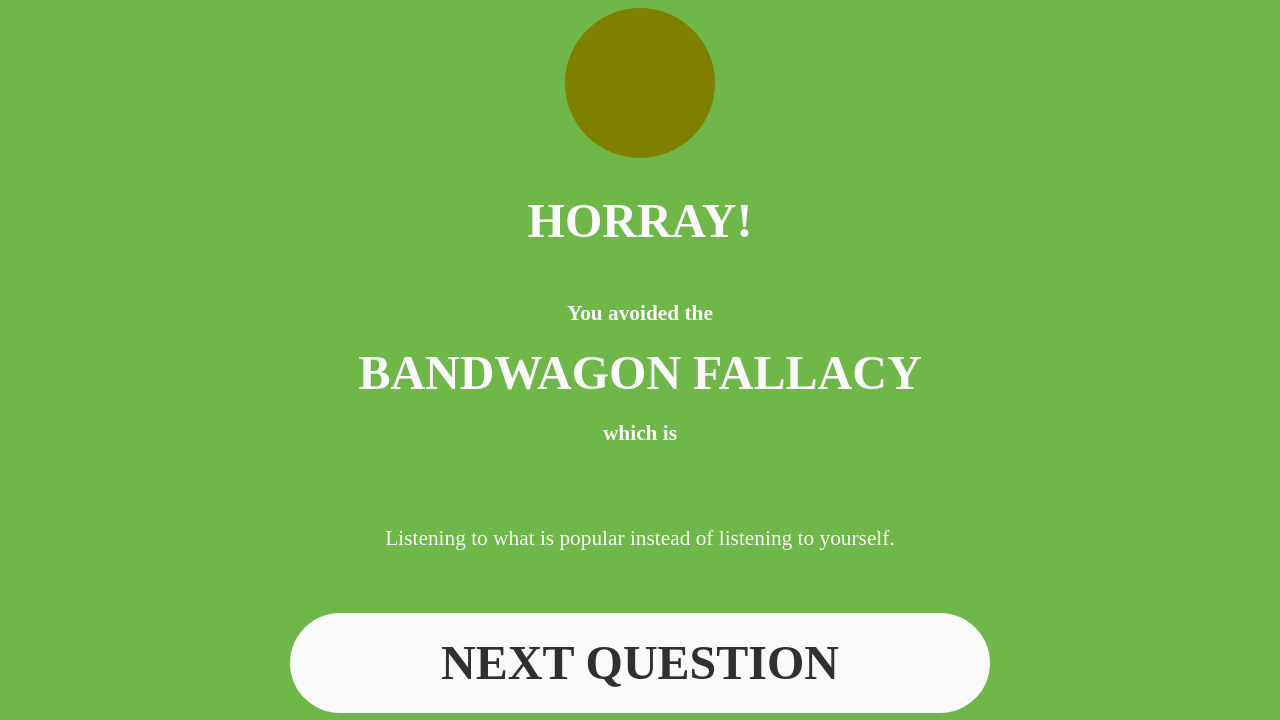
Repository: cindyvunguyen/fallacy
Page: index.html
The author's editor kept a copy of each file at every save. The page is drawn from the files as they stood at one save, then again after the next save.
The browser window is 1280 px wide. The pictures show the whole page.
After loading, the first visible `button.white-button` was clicked once.
Some web fonts or font styles are not loaded; a fallback is used.

Above is the page before, as saved 2020-03-13 14:23:30.
Console error: ReferenceError: switchPage is not defined

### index.html
<!DOCTYPE html>
<html lang="en">
<head>
    <meta charset="UTF-8">
    <meta name="viewport" content="width=device-width, initial-scale=1.0">
    <title>FALLACIES</title>
    <link href="style.css" rel="stylesheet" type="text/css">
</head>
<body>
    <div id="app">

        <!-- CINDY START -->

        <div id="home-page"></div>

        <div id="lets-start-page"></div>

        <div id="question-page"></div>

        <!-- CINDY END -->

        <!-- SOPHIA START -->

        <!-- when making it one page -->

        <div id="correct-incorrect-page">
            <div id="icon"></div>
            <div id="cip-text1">HORRAY!</div> <!-- incorrect, change to "oh no!" -->
            <div id="cip-a-outcome">
                <div id="cip-text2">You avoided the</div> <!-- icorrect, change to "you committed the"-->
                <div id="cip-fallacy">BANDWAGON FALLACY</div>
                <div id="cip-text2">which is</div>
            </div>
            <div id="cip-definition">Listening to what is popular instead of listening to yourself.</div>
            <button class="white-button" onclick="switchPage()">NEXT QUESTION</button>
        </div>

        <!-- the two above pages technically have the same HTML. so you can only have 1 div and change the CSS through JS. it's entirely up to you. -->

        <div id="results-page">
            <div id="rp-text">
                <div id="rp-message">YOU GOT...</div> <!-- game over, change to "game over" -->
                <div id="rp-results"># out of 10 scenarios</div>  <!-- game over, change to "you commited too many fallacies" -->
                <div id="rp-message">AMAZING JOB!</div> <!-- game over, message disappears -->
            </div>
            <button class="grey-button">VIEW FALLACIES</button>
        </div>

        <div id="game-over-page">
            <div id="gop-text">
                <div id="gop-message">GAME OVER</div>
                <div id="gop-results">you committed too many fallacies</div>
            </div>
            <button class="grey-button">VIEW FALLACIES</button>
        </div>

        <!-- the two above pages technically have the same HTML, so you can only have 1 div and change the CSS through JS. it's entirely up to you. -->

        <!-- SOPHIA END -->

        <!-- CHLOE START -->

        <div id="review-page"></div>

        <div id="review2-page"></div>

        <div id="fallacy-review-page"></div>

        <div id="three-fallacies-page"></div>
        <!-- change the page's content with JS to show all three fallacies when clicked -->

        <!-- CHLOE END -->
        <script src="js.js"></script>
    </div>
</body>
</html>

### style.css
body {
    margin: 0;
}

#app {
    width: 100vw;
    height: 100vh;
    font-family: Visby;
    background-color: #468091;
    color: #FAFAFA;
}

@font-face {
    font-family: Visby;
    src: url(fonts/VisbyRoundCF-Regular.otf) format("woff");
}

@font-face {
    font-family: Visby;
    src: url(fonts/VisbyRoundCF-ExtraBold.otf) format("woff");
    font-weight: bold;
}

.pink-button {
    height: 100px;
    width: 700px;
    background-color: #ed2265;
    border: 0px;
    border-radius: 75px;
    font-family: Visby;
    font-weight: bold;
    font-size: 36pt;
    color: #FAFAFA;
    outline: 0;
}

.pink-button:active {
    background-color: #9c1542;
}

.white-button {
    height: 100px;
    width: 700px;
    background-color: #FAFAFA;
    border: 0px;
    border-radius: 75px;
    font-family: Visby;
    font-weight: bold;
    font-size: 36pt;
    color: #303030;
    outline: 0;
}

.white-button:active {
    background-color: #9e9e9e;
}

.grey-button {
    height: 100px;
    width: 700px;
    background-color: #303030;
    border: 0px;
    border-radius: 75px;
    font-family: Visby;
    font-weight: bold;
    font-size: 36pt;
    color: #FAFAFA;
    outline: 0;
}

.grey-button:active {
    background-color: #000000;
}

/* CINDY START */

/* CINDY END */

/* SOPHIA START */

/* correct page */
#correct-incorrect-page {
    width: 100vw;
    height: 100vh;
    display: flex;
    /* display: none; */
    flex-direction: column;
    align-items: center;
    justify-content: center;
    background-color: #6eb748; /* incorrect, change to #860000*/
}

#icon {
    background-color: olive;
    width: 150px;
    height: 150px;
    border-radius: 50%;
}

#cip-text1 {
    font-size: 36pt;
    font-weight: bold;
    padding: 35px 0;
}

#cip-text2 {
    font-size: 16pt;
    font-weight: bold;
}

#cip-fallacy {
    font-size: 36pt;
    font-weight: bold;
}

#cip-definition {
    font-size: 16pt;
    line-height: 150px;
}

#cip-a-outcome {
    line-height: 60px;
    display: flex;
    flex-direction: column;
    align-items: center;
    justify-content: center;
}

/* results page */
#results-page {
    width: 100vw;
    height: 100vh;
    /* display: flex; */
    display: none;
    flex-direction: column;
    align-items: center;
    justify-content: center;
    /* background-color: #860000; */ /* for game over page when combined */
}

#rp-text {
    padding: 0 0 75px 0;
    line-height: 75px;
    display: flex;
    flex-direction: column;
    align-items: center;
    justify-content: center;
}

#rp-message {
    font-size: 48pt;
    font-weight: bold;
}

#rp-results {
    font-size: 16pt;
    font-weight: bold;
}

#game-over-page {
    width: 100vw;
    height: 100vh;
    /* display: flex; */
    display: none;
    flex-direction: column;
    align-items: center;
    justify-content: center;
    background-color: #860000; /* for game over page when combined */
}

#gop-text {
    padding: 0 0 75px 0;
    line-height: 75px;
    display: flex;
    flex-direction: column;
    align-items: center;
    justify-content: center;
}

#gop-message {
    font-size: 48pt;
    font-weight: bold;
}

#gop-results {
    font-size: 16pt;
    font-weight: bold;
}

/* SOPHIA END */

/* CHLOE START */

/* CHLOE END */

### js.js
// CINDY START

// CINDY END

// SOPHIA START

//            fallacy:"BANDWAGON FALLACY",
//            definition:"Listening to what is popular instead of listening to yourself."

//            fallacy:"APPEAL TO EMOTIONS",
//            definition:"Using people's feelings to convince them or win an argument."

//            fallacy:"AD HOMINEM",
//            definition:"Attacking someone instead of listening to what they're saying."

// SOPHIA END

// CHLOE START

// CHLOE END

After the next save:
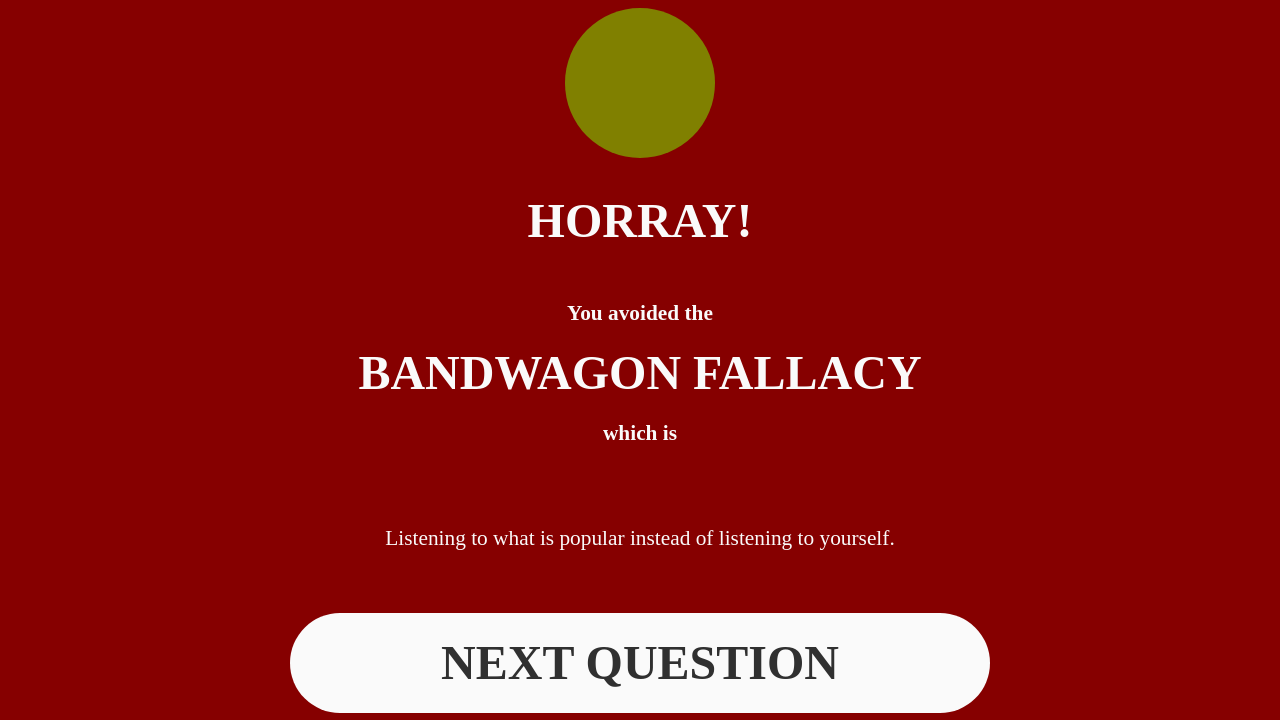
The error is gone.
Saved 3 min 7 s later.
--- a/js.js
+++ b/js.js
@@ -13,6 +13,10 @@
 //            fallacy:"AD HOMINEM",
 //            definition:"Attacking someone instead of listening to what they're saying."
 
+function switchPage() {
+    document.querySelector("#correct-incorrect-page").style.backgroundColor = "#860000";
+}
+
 // SOPHIA END
 
 // CHLOE START
